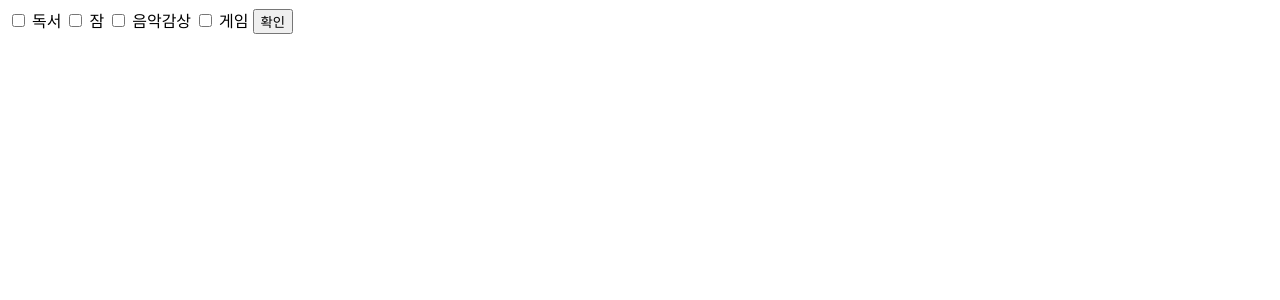
Repository: SniperDitto/save
Page: http://localhost/Boards0425/Test/02.jsp
The author's editor kept a copy of each file at every save. The page is drawn from the files as they stood at one save, then again after the next save.
The browser window is 1280 px wide. The pictures show the whole page.
The page is served by Tomcat 9.

Above is the page before, as saved 2022-04-25 01:26:42.

After the next save:
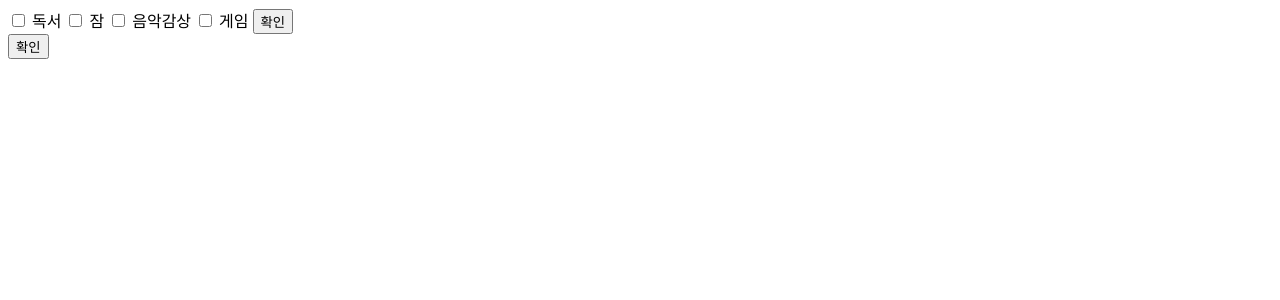
Saved 78 s later.
--- a/2022JAVA_YSH 1/JAVA/Web/Boards0425/WebContent/Test/02.jsp
+++ b/2022JAVA_YSH 1/JAVA/Web/Boards0425/WebContent/Test/02.jsp
@@ -10,9 +10,15 @@
 </style>
 <script>
 	function chkFunc(){
-		var objs = docunment.getElementsByTagName("hobby");
+		var objs = document.getElementsByTagName("input");
 		for(var i=0;i<objs.length;i++){
 			objs[i].checked=true ;
+		}
+	}
+	function chgVal(){
+		var objs = document.getElementsByTagName("span");
+		for(var i=0;i<objs.length;i++){
+
 		}
 	}
 </script>
@@ -25,5 +31,12 @@
 		<input type="checkbox" name="hobby"/> 게임
 		<input type="button" value="확인" onclick="chkFunc()" />
 	</div>
+	<div>
+		<span></span>
+		<span></span>
+		<span></span>
+		<span></span>
+		<input type="button" value="확인" onclick="chgVal()" />
+	</div>
 </body>
 </html>
